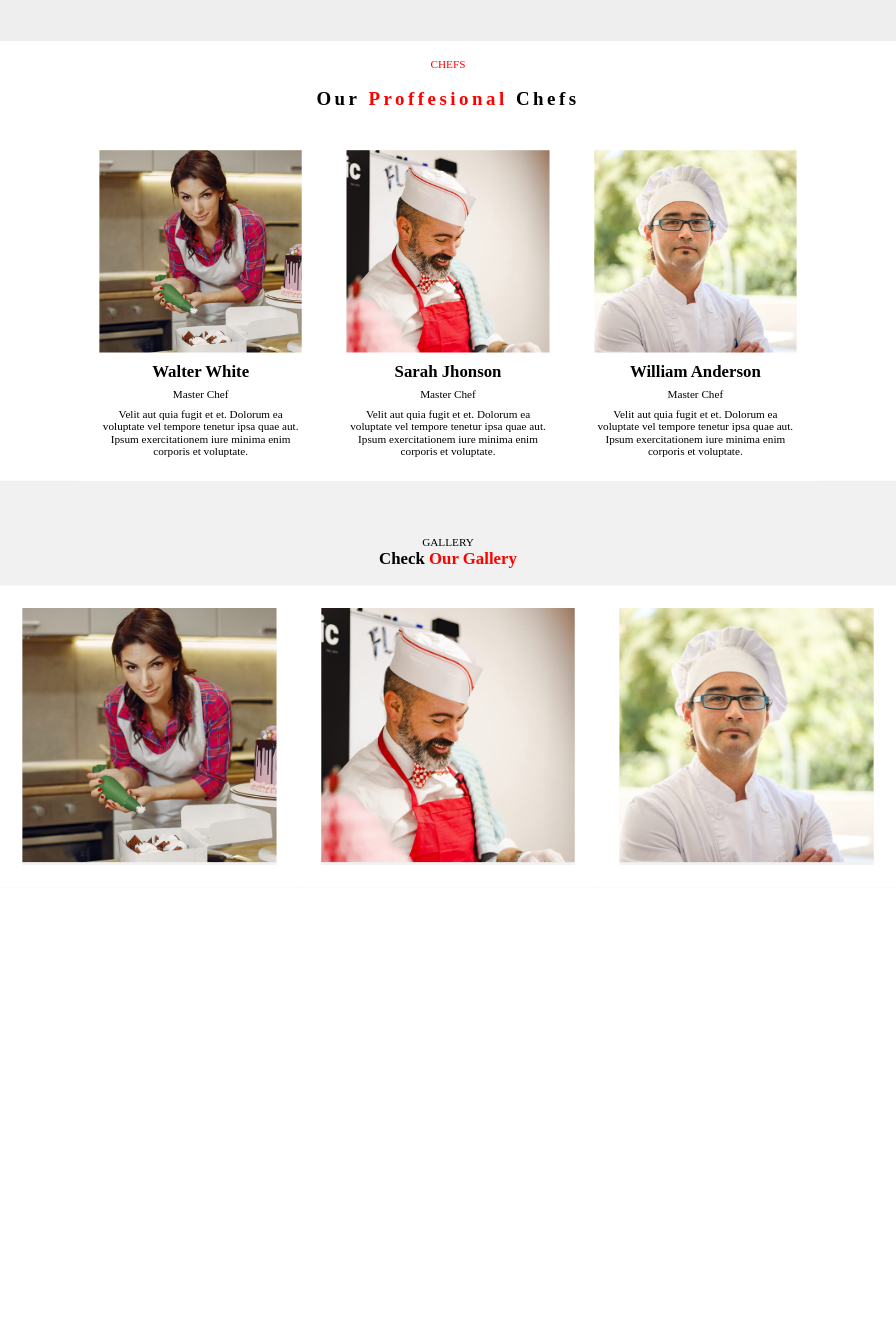
Repository: Ahmedalid/New-project
Page: Rout/index.html
An editor plug-in stored every save of this project. The page is shown before and after a run of saves, followed by the edit.
The browser window is 1280 px wide. The pictures show the part of the page from y = 742 to 2662 px (the page is 5000 px tall), at 70% of full size.

Above is the page before, as saved 2023-06-08 11:35:57.

After the next 2 saves:
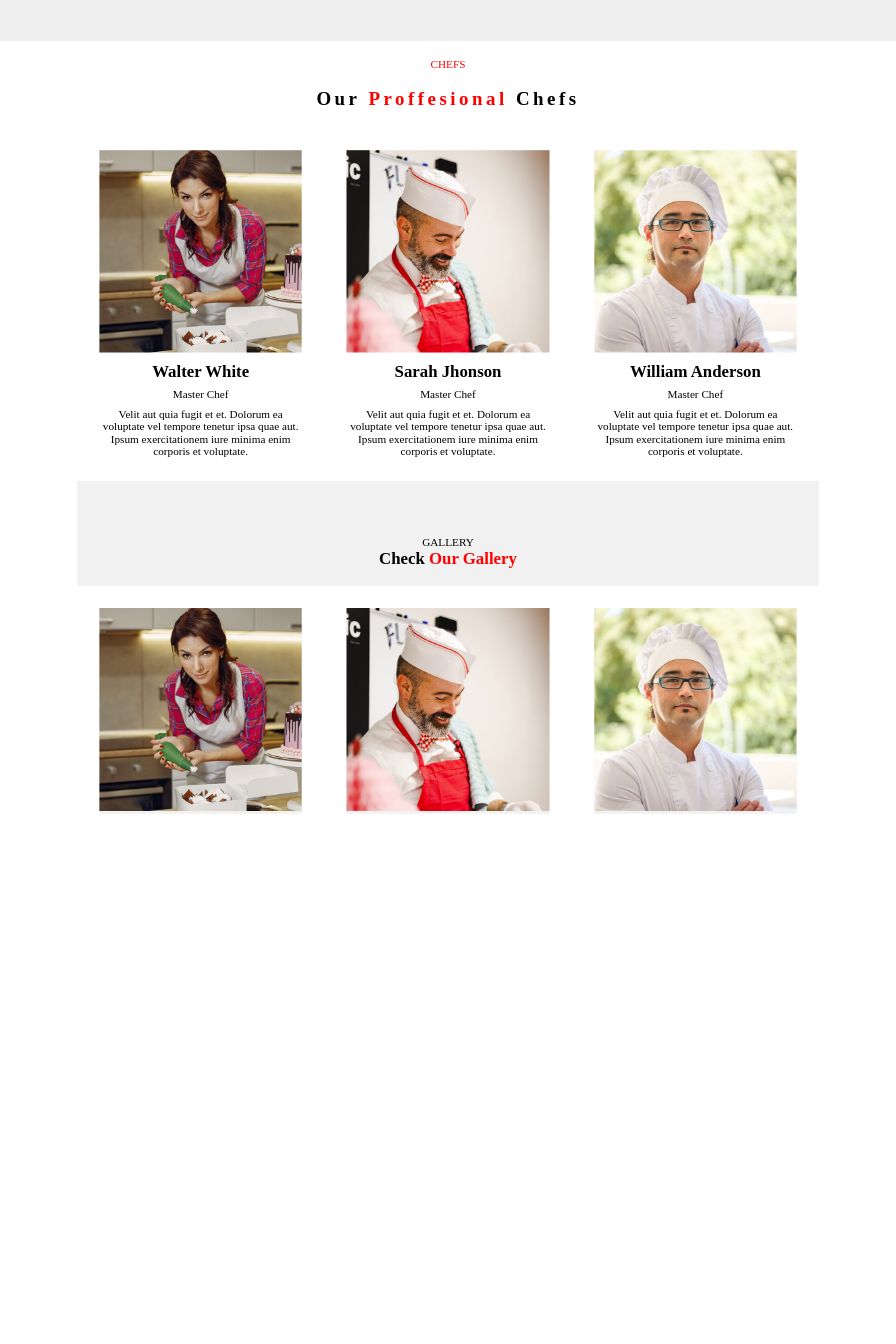
The 2 saves are shown as one change because they came seconds apart.
The last was saved 26 s later.
--- a/Rout/index.html
+++ b/Rout/index.html
@@ -111,7 +111,7 @@
         </div>
     </section>
     <section>
-        <div class="GALLERY">
+        <div class="GALLERY container">
           <div class="text-center">
             <p class="mt-5 Check">GALLERY</p>
             <h2 class="mt-5">Check  <span class="text-color">Our Gallery</span> </h2>
